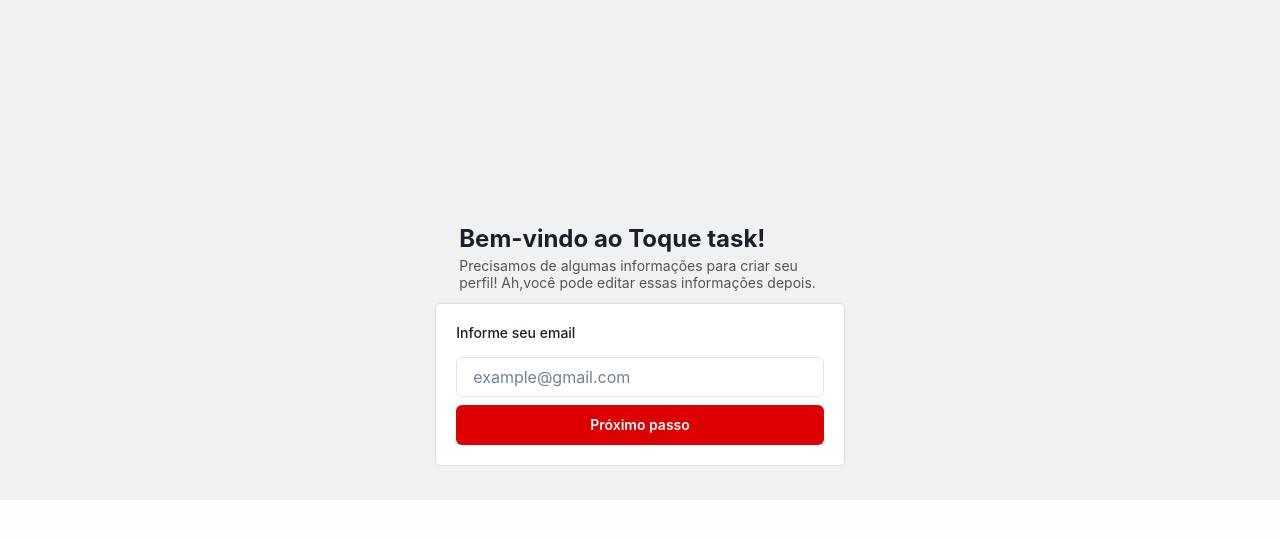
Repository: jorgelucasjs/chakra-ui-doc
Page: /
These files come from the project's save history. The page is drawn as it stood at one moment and after the next save; the edit follows.
The browser window is 1280 px wide. The pictures show the whole page.
The project was rebuilt for these pictures with package versions that can differ from the ones it lists, and the page was loaded fresh each time.

Above is the page before, as saved 2023-01-06 14:37:53.

After the next save:
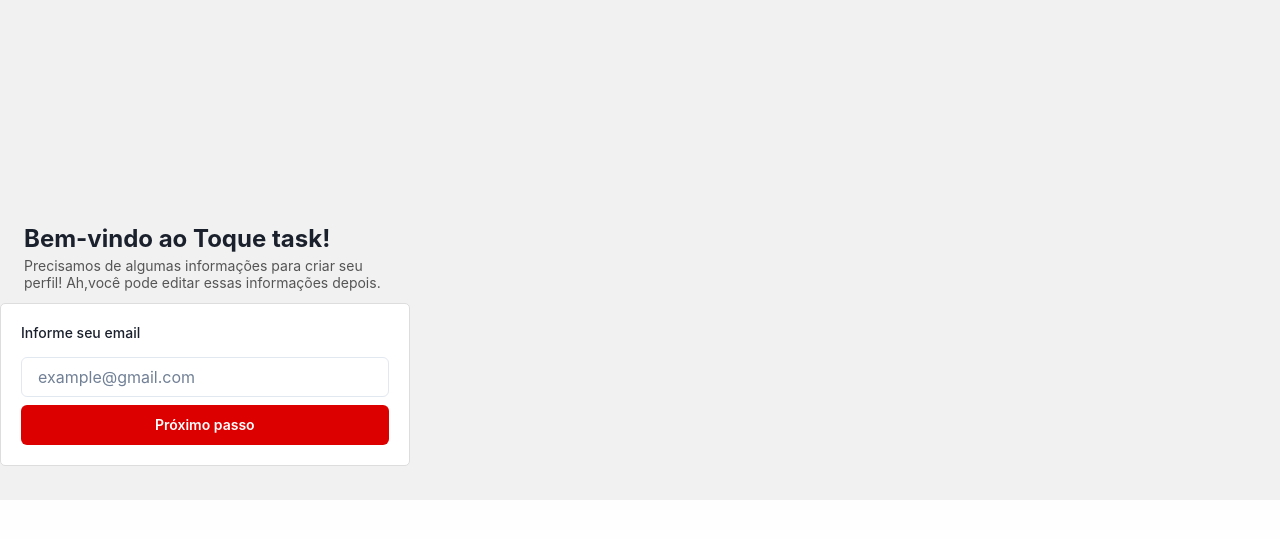
Saved 7 s later.
--- a/src/pages/index.tsx
+++ b/src/pages/index.tsx
@@ -5,7 +5,7 @@
 export default function index(): JSX.Element {
 
 	return (
-		<Flex justify={'center'} bg={'#F1F1F1'} >
+		<Flex  bg={'#F1F1F1'} >
 
 			<Box h={300} w={'32%'} mt={200}>
 

After the 2 saves that followed:
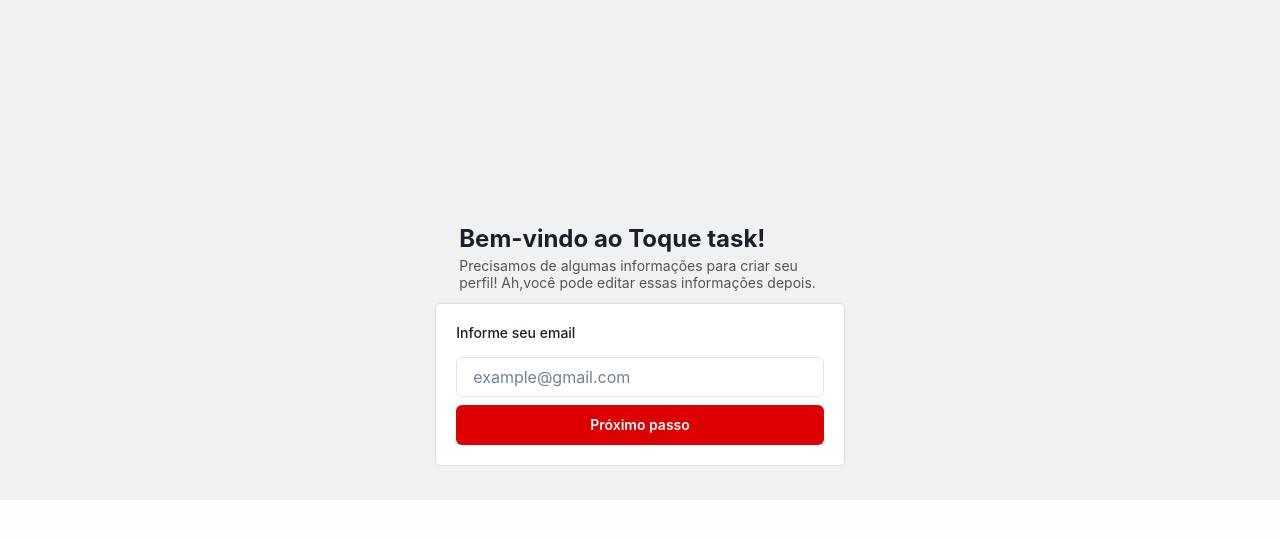
The 2 saves are shown as one change because they came seconds apart.
The last was saved 9 s later.
--- a/src/pages/index.tsx
+++ b/src/pages/index.tsx
@@ -1,11 +1,11 @@
 import React from 'react';
-import { Box, Text, Flex, FormControl, FormLabel, Input,Button } from '@chakra-ui/react';
+import { Box, Text, Flex, FormControl, FormLabel, Input,Button, Center } from '@chakra-ui/react';
 
 
 export default function index(): JSX.Element {
 
 	return (
-		<Flex  bg={'#F1F1F1'} >
+		<Center  bg={'#F1F1F1'} >
 
 			<Box h={300} w={'32%'} mt={200}>
 
@@ -34,6 +34,6 @@
 					</FormControl>
 				</Box>
 			</Box>
-		</Flex>
+		</Center>
 	);
 }
